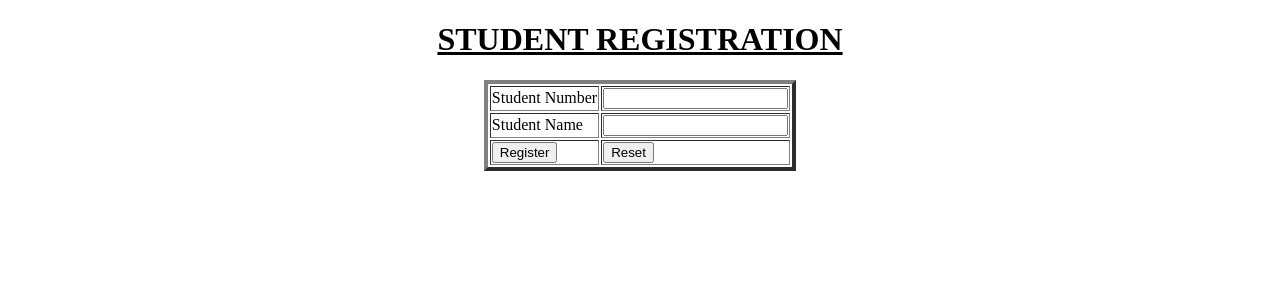
Repository: madhu124/Youtube-demo
Page: StudentRegisApp/WebContent/Register.html
The author's editor kept a copy of each file at every save. The page is drawn from the files as they stood at one save, then again after the next save.
The browser window is 1280 px wide. The pictures show the whole page.

Above is the page before, as saved 2017-05-31 18:43:22.

After the next save:
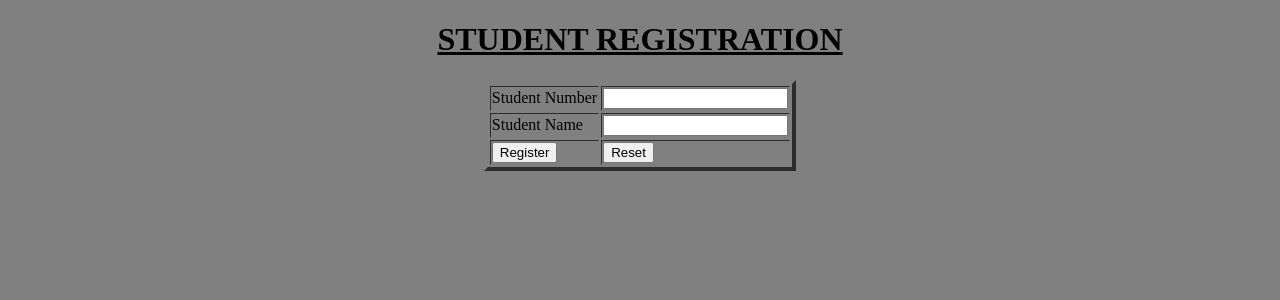
Saved 4 min 49 s later.
--- a/StudentRegisApp/WebContent/Register.html
+++ b/StudentRegisApp/WebContent/Register.html
@@ -7,7 +7,7 @@
 
 <style>
 body {
-	background-color: Blue Gray;
+	background-color:Gray;
 }
 
 h1 {
